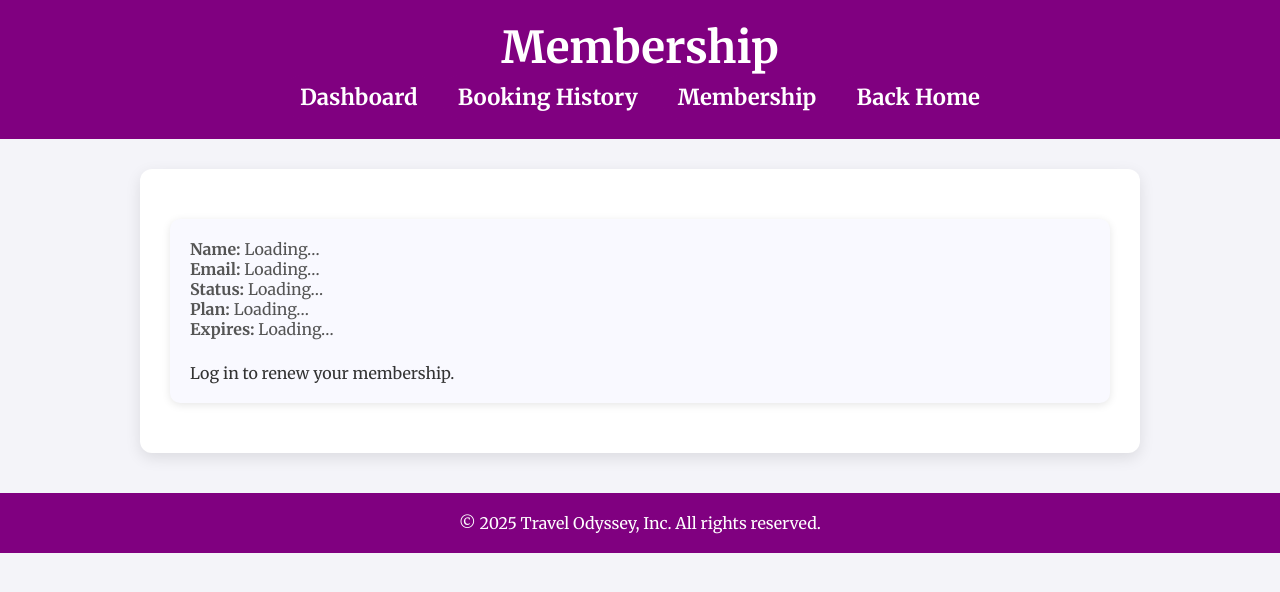
Repository: GHzPhoenix/Project-Odyssey
Page: Frontend/membership-confirmation.html
An editor plug-in stored every save of this project. The page is shown before and after the next save, followed by the edit.
The browser window is 1280 px wide. The pictures show the whole page.

Above is the page before, as saved 2025-06-12 16:18:48.

After the next save:
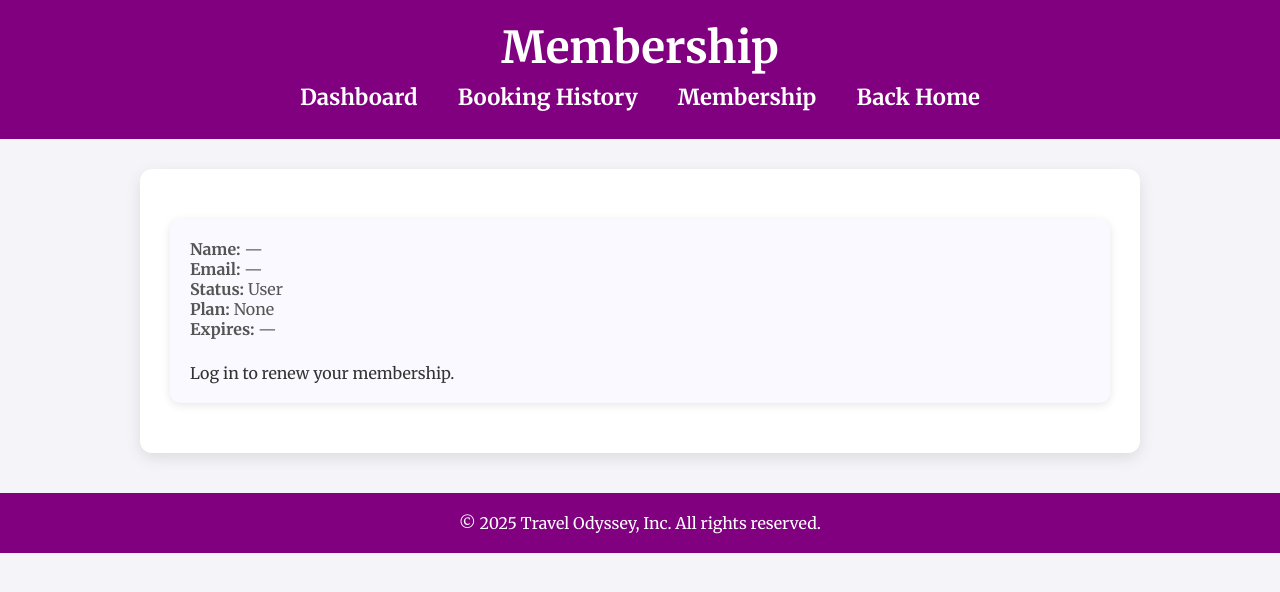
Saved 2 min 17 s later.
--- a/Frontend/membership-confirmation.html
+++ b/Frontend/membership-confirmation.html
@@ -11,7 +11,6 @@
       rel="stylesheet"
     />
   </head>
-
   <body>
     <header>
       <h1 style="color: white">Membership</h1>
@@ -28,10 +27,7 @@
         <p><strong>Name:</strong> <span id="user-name">Loading…</span></p>
         <p><strong>Email:</strong> <span id="user-email">Loading…</span></p>
         <p><strong>Status:</strong> <span id="user-status">Loading…</span></p>
-        <p>
-          <strong>Plan:</strong>
-          <span id="membership-type">Loading…</span>
-        </p>
+        <p><strong>Plan:</strong> <span id="membership-type">Loading…</span></p>
         <p>
           <strong>Expires:</strong>
           <span id="membership-expiration">Loading…</span>
@@ -52,6 +48,41 @@
     <script>
       document.addEventListener("DOMContentLoaded", async () => {
         const token = localStorage.getItem("token");
+        const userRaw = localStorage.getItem("user");
+        const user = userRaw ? JSON.parse(userRaw) : {};
+        document.getElementById("user-name").textContent = user.name || "—";
+        document.getElementById("user-email").textContent = user.email || "—";
+
+        let membershipType = localStorage.getItem("membershipType");
+        let membershipExpires = localStorage.getItem("membershipExpires");
+
+        if (token && (!membershipType || !membershipExpires)) {
+          try {
+            const res = await fetch("http://127.0.0.1:5001/api/membership", {
+              headers: { Authorization: "Bearer " + token },
+            });
+            if (res.ok) {
+              const m = await res.json();
+              membershipType = m.membership_type;
+              membershipExpires = m.membership_expires;
+              localStorage.setItem("membershipType", membershipType);
+              localStorage.setItem("membershipExpires", membershipExpires);
+            }
+          } catch (err) {
+            console.error("Could not load membership:", err);
+          }
+        }
+
+        document.getElementById("membership-type").textContent =
+          membershipType || "None";
+        document.getElementById("membership-expiration").textContent =
+          membershipExpires || "—";
+
+        const statusEl = document.getElementById("user-status");
+        if (membershipType) statusEl.textContent = "Member";
+        else if (user.role === "admin") statusEl.textContent = "Admin";
+        else statusEl.textContent = "User";
+
         if (!token) {
           const msg = document.getElementById("renew-message");
           msg.textContent = "Log in to renew your membership.";
@@ -59,45 +90,50 @@
           return;
         }
 
-        const { clientId } = await fetch(
-          "http://127.0.0.1:5001/api/config/paypal"
-        ).then((r) => r.json());
+        let clientId;
+        try {
+          ({ clientId } = await fetch(
+            "http://127.0.0.1:5001/api/config/paypal"
+          ).then((r) => r.json()));
+        } catch (err) {
+          console.error("Could not load PayPal config", err);
+          const msg = document.getElementById("renew-message");
+          msg.textContent = "Unable to load payment options.";
+          msg.classList.add("error");
+          return;
+        }
 
         const sdk = document.createElement("script");
         sdk.src = `https://www.paypal.com/sdk/js?client-id=${clientId}&currency=EUR`;
-        sdk.onload = renderButtons;
+        sdk.onload = renderPayPalButtons;
         document.head.appendChild(sdk);
 
-        function renderButtons() {
+        function renderPayPalButtons() {
           paypal
             .Buttons({
               style: { layout: "vertical", shape: "pill", color: "blue" },
 
               createOrder: (_, actions) => {
-                const slug = (
-                  localStorage.getItem("membershipType") || "premium"
-                )
-                  .split(" ")[0]
-                  .toLowerCase();
+                const planId = "premium";
                 return fetch("http://127.0.0.1:5001/api/paypal/order", {
                   method: "POST",
                   headers: {
                     "Content-Type": "application/json",
                     Authorization: `Bearer ${token}`,
                   },
-                  body: JSON.stringify({ planId: slug }),
+                  body: JSON.stringify({ planId }),
                 })
                   .then((r) => {
                     if (!r.ok) throw new Error("Could not create PayPal order");
                     return r.json();
                   })
-                  .then((data) => {
-                    return data.orderID;
-                  });
+                  .then((data) => data.orderID);
               },
 
               onApprove: (_, actions) => {
-                window.location.href = "/Frontend/membership-success.html";
+                return actions.order.capture().then(() => {
+                  window.location.href = `/Frontend/membership-success.html?token=${actions.order.getID()}`;
+                });
               },
 
               onError: (err) => {
